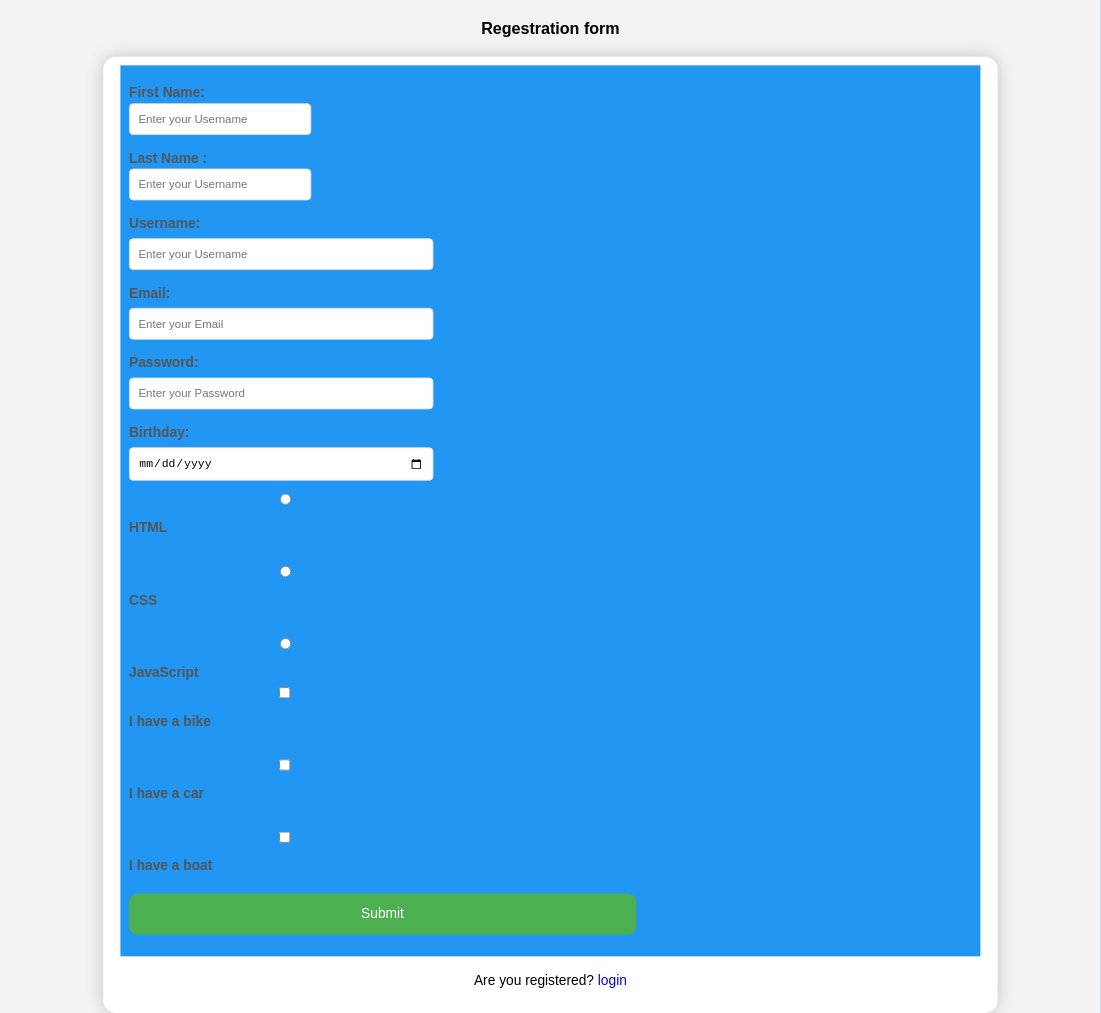
Repository: alizey12/Regestratin-Form-js
Page: regester.html
An editor plug-in stored every save of this project. The page is shown before and after a run of saves, followed by the edit.
The browser window is 1280 px wide. The pictures show the whole page, at 86% of full size.

Above is the page before, as saved 2024-11-29 13:47:19.

### regester.html
<!DOCTYPE html>
<html lang="en">
<head>
    <meta charset="UTF-8">
    <meta name="viewport" content="width=device-width, initial-scale=1.0">
    <link rel="stylesheet" href="regester.css">
    <title>Regestration form</title>
</head>
<body>
<h3>Regestration form</h3>


    <div class="main">

    <div class="grid-container">
        <form action="">
            <label for="first">
                First Name:
                <input type="text" id="first" name="first"
                placeholder="Enter your Username" required>

            </label>
            <label for="second">
            Last Name :
                <input type="text" id="first" name="first"
                placeholder="Enter your Username" required>

            </label>
            <label for="first">
                Username:

            </label>
            <input type="text" id="first" name="first"
                placeholder="Enter your Username" required>

                <label for="first">
                    Email:
                </label>
                <input type="email" id="first" name="email"
                    placeholder="Enter your Email" required>

            <label for="password">
                Password:
            </label>
            <input type="password" id="password" name="password"
                placeholder="Enter your Password" required>

                <label for="birthday">Birthday:</label>
                <input type="date" id="birthday" name="birthday">

                <input type="radio" id="html" name="fav_language" value="HTML">
                <label for="html">HTML</label><br>
                <input type="radio" id="css" name="fav_language" value="CSS">
                <label for="css">CSS</label><br>
                <input type="radio" id="javascript" name="fav_language" value="JavaScript">
                <label for="javascript">JavaScript</label>

                <input type="checkbox" id="vehicle1" name="vehicle1" value="Bike">
                <label for="vehicle1"> I have a bike</label><br>
                <input type="checkbox" id="vehicle2" name="vehicle2" value="Car">
                <label for="vehicle2"> I have a car</label><br>
                <input type="checkbox" id="vehicle3" name="vehicle3" value="Boat">
                <label for="vehicle3"> I have a boat</label>


            <div class="wrap">
                <button type="submit">
                    Submit
                </button>
            </div>
        </form>
    </div>


        <p>Are you registered?
            <a href="signin.html" style="text-decoration: none;">
               login
            </a>
        </p>
    </div>


</body>
</html>

### regester.css


body {
    display: flex;
    align-items: center;
    justify-content: center;
    font-family: sans-serif;
    line-height: 1.5;
    min-height: 100vh;
    background: #f3f3f3;
    flex-direction: column;
    margin: 0;
}
.main {
    background-color: #fff;
    border-radius: 15px;
    box-shadow: 0 0 20px rgba(0, 0, 0, 0.2);
    padding: 10px 20px;
    transition: transform 0.2s;
    width: 1000px;
    text-align: center;
}

h1 {
    color: #4CAF50;
}

label {
    display: block;
    width: 60%;
    margin-top: 10px;
    margin-bottom: 5px;
    text-align: left;
    color: #555;
    font-weight: bold;
}

input {
    display: block;
    width: 60%;
    margin-bottom: 15px;
    padding: 10px;
    box-sizing: border-box;
    border: 1px solid #ddd;
    border-radius: 5px;
}

button {
    padding: 15px;
    border-radius: 10px;
    margin-top: 15px;
    margin-bottom: 15px;
    border: none;
    color: white;
    cursor: pointer;
    background-color: #4CAF50;
    width: 100%;
    font-size: 16px;
}

.wrap {
    display: flex;
    justify-content: center;
    align-items: center;
}



.grid-container{
    display: grid;
    grid-template-columns: auto auto;
    background-color: #2196F3;
    padding: 10px;
}

After the next 2 saves:
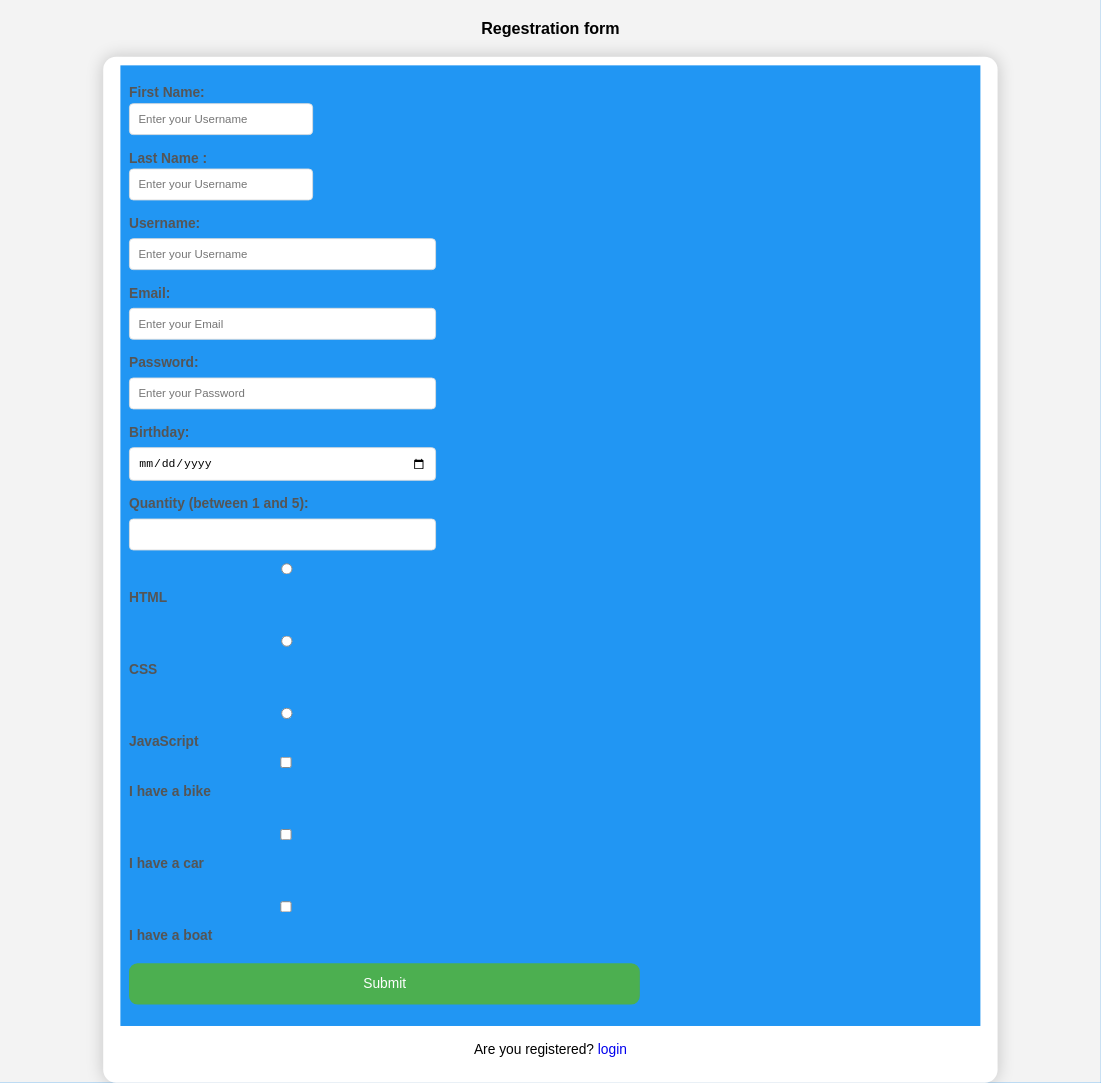
The 2 saves are shown as one change because they came seconds apart.
The last was saved 46 s later.
--- a/regester.html
+++ b/regester.html
@@ -48,6 +48,9 @@
                 <label for="birthday">Birthday:</label>
                 <input type="date" id="birthday" name="birthday">
 
+                <label for="quantity">Quantity (between 1 and 5):</label>
+  <input type="number" id="quantity" name="quantity" min="1" max="5">
+
                 <input type="radio" id="html" name="fav_language" value="HTML">
                 <label for="html">HTML</label><br>
                 <input type="radio" id="css" name="fav_language" value="CSS">
